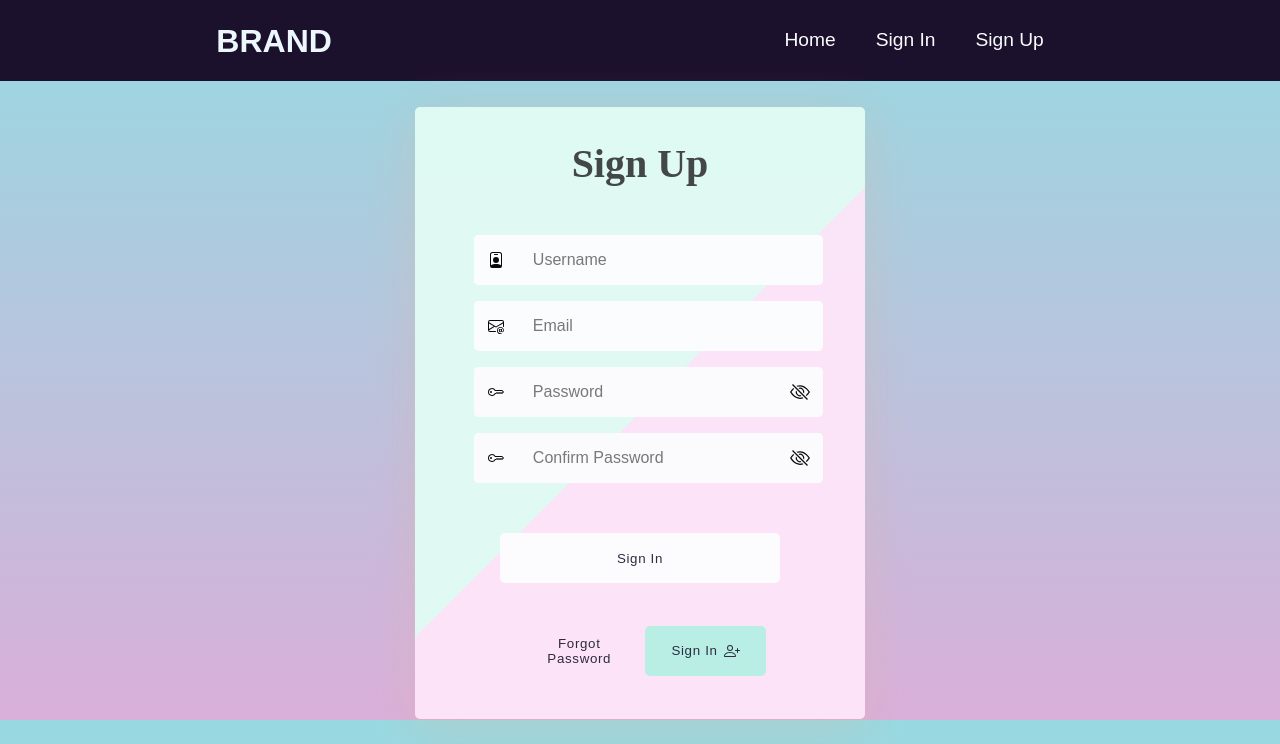
Repository: code-mtaani/ojwang-frontend
Page: /signup
An editor plug-in stored every save of this project. The page is shown before and after the next save, followed by the edit.
The browser window is 1280 px wide. The pictures show the whole page.
Backgrounds fixed to the window are drawn as part of the page. The project was rebuilt for these pictures with package versions that can differ from the ones it lists, and the page was loaded fresh each time. Also part of the build but not shown: vite.config.ts, src/Pages/HomePage/Home.pages.tsx, src/Pages/SignIn/SignIn.pages.tsx.

Above is the page before, as saved 2023-02-01 14:17:03.

### src/App.tsx
import { BrowserRouter as Router, Routes, Route } from "react-router-dom";

import Navigation from "./Components/Nav";
import Home from './Pages/HomePage'
import SignIn from "./Pages/SignIn";
import SignUp from "./Pages/SignUp"

function App() {
  return (
    <Router>
      <div className="App">
        <Navigation />
        <Routes>
          <Route path="/" element={<Home />} />
          <Route path="/signin" element={<SignIn/>} />
          <Route path="/signup" element={<SignUp/>} />
        </Routes>
      </div>
    </Router>
  );
}

export default App;

### src/index.css
* {
  padding: 0;
  margin: 0;
  box-sizing: border-box;
}
/* End Global rules */

/* Start body rules */
body {
  background-image: linear-gradient(-225deg, #e3fdf5 0%, #ffe6fa 100%);
  background-image: linear-gradient(to top, #a8edea 0%, #fed6e3 100%);
  background-attachment: fixed;
  background-repeat: no-repeat;

  font-family: "Vibur", cursive;
  /*   the main font */
  font-family: "Abel", sans-serif;
  opacity: 0.95;
  background-image: linear-gradient(to top, #d9afd9 0%, #97d9e1 100%);
}
@media screen and (min-width: 440px) {
  .app{
    border:2px solid green;
  }
}
/* end body rules */

### src/Components/Nav/index.js
export {default} from './Navigation.component'

### src/Pages/HomePage/index.ts
export { default } from "./Home.pages";

### src/Pages/SignIn/index.ts
export { default } from './SignIn.pages'

### src/Pages/SignUp/index.ts
export {default} from './SignUp.pages'

### src/Components/Nav/Navigation.component.tsx
import React from "react";
import {Link} from "react-router-dom"
import './nav.css'

const Navigation = () => {
  return (
    <nav className="navbar">
      <div className="left">
        <h1><Link to="/"> BRAND </Link></h1>
      </div>

      <div className="right">
        <input type="checkbox" id="check" />
        <label htmlFor="check" className="checkBtn">
          <svg
            xmlns="http://www.w3.org/2000/svg"
            width="30"
            height="30"
            fill="currentColor"
            className="bi bi-justify"
            viewBox="0 0 16 16"
          >
            <path
              fillRule="evenodd"
              d="M2 12.5a.5.5 0 0 1 .5-.5h11a.5.5 0 0 1 0 1h-11a.5.5 0 0 1-.5-.5zm0-3a.5.5 0 0 1 .5-.5h11a.5.5 0 0 1 0 1h-11a.5.5 0 0 1-.5-.5zm0-3a.5.5 0 0 1 .5-.5h11a.5.5 0 0 1 0 1h-11a.5.5 0 0 1-.5-.5zm0-3a.5.5 0 0 1 .5-.5h11a.5.5 0 0 1 0 1h-11a.5.5 0 0 1-.5-.5z"
            />
          </svg>
        </label>

        <ul className="list">
          <li> <Link to="/">Home</Link></li>
          <li> <Link to="/signin">Sign In</Link></li>
          <li> <Link to="signup">Sign Up</Link></li>
        </ul>
      </div>
    </nav>
  );
};

export default Navigation;

### src/Pages/SignUp/SignUp.pages.tsx
import React from "react";
import "./Signup.css";

const SignUp = () => {
  return (
    <div className="overlay">
      <form>
        {/* con = Container  for items in the form */}
        <div className="con">
          {/* <!--     Start  header Content  --> */}
          <header className="head-form">
            <h2>Sign Up</h2>
          </header>
          {/* End  header Content */}
          <br />
          <div className="field-set">
            {/* inputs */}
            <div className="test">
              <div className="key">
                <svg
                  xmlns="http://www.w3.org/2000/svg"
                  width="16"
                  height="16"
                  fill="currentColor"
                  className="bi bi-person-badge"
                  viewBox="0 0 16 16"
                >
                  <path d="M6.5 2a.5.5 0 0 0 0 1h3a.5.5 0 0 0 0-1h-3zM11 8a3 3 0 1 1-6 0 3 3 0 0 1 6 0z" />
                  <path d="M4.5 0A2.5 2.5 0 0 0 2 2.5V14a2 2 0 0 0 2 2h8a2 2 0 0 0 2-2V2.5A2.5 2.5 0 0 0 11.5 0h-7zM3 2.5A1.5 1.5 0 0 1 4.5 1h7A1.5 1.5 0 0 1 13 2.5v10.795a4.2 4.2 0 0 0-.776-.492C11.392 12.387 10.063 12 8 12s-3.392.387-4.224.803a4.2 4.2 0 0 0-.776.492V2.5z" />
                </svg>
              </div>
              <input type="text" name="username" id="" placeholder="Username" />
              <div className="show"></div>
            </div>
            <div className="test">
              <div className="key">
                <svg
                  xmlns="http://www.w3.org/2000/svg"
                  width="16"
                  height="16"
                  fill="currentColor"
                  className="bi bi-envelope-at"
                  viewBox="0 0 16 16"
                >
                  <path d="M2 2a2 2 0 0 0-2 2v8.01A2 2 0 0 0 2 14h5.5a.5.5 0 0 0 0-1H2a1 1 0 0 1-.966-.741l5.64-3.471L8 9.583l7-4.2V8.5a.5.5 0 0 0 1 0V4a2 2 0 0 0-2-2H2Zm3.708 6.208L1 11.105V5.383l4.708 2.825ZM1 4.217V4a1 1 0 0 1 1-1h12a1 1 0 0 1 1 1v.217l-7 4.2-7-4.2Z" />
                  <path d="M14.247 14.269c1.01 0 1.587-.857 1.587-2.025v-.21C15.834 10.43 14.64 9 12.52 9h-.035C10.42 9 9 10.36 9 12.432v.214C9 14.82 10.438 16 12.358 16h.044c.594 0 1.018-.074 1.237-.175v-.73c-.245.11-.673.18-1.18.18h-.044c-1.334 0-2.571-.788-2.571-2.655v-.157c0-1.657 1.058-2.724 2.64-2.724h.04c1.535 0 2.484 1.05 2.484 2.326v.118c0 .975-.324 1.39-.639 1.39-.232 0-.41-.148-.41-.42v-2.19h-.906v.569h-.03c-.084-.298-.368-.63-.954-.63-.778 0-1.259.555-1.259 1.4v.528c0 .892.49 1.434 1.26 1.434.471 0 .896-.227 1.014-.643h.043c.118.42.617.648 1.12.648Zm-2.453-1.588v-.227c0-.546.227-.791.573-.791.297 0 .572.192.572.708v.367c0 .573-.253.744-.564.744-.354 0-.581-.215-.581-.8Z" />
                </svg>
              </div>
              <input type="email" name="email" placeholder="Email" />
              <div className="show"></div>
            </div>
            <div className="test">
              <div className="key">
                <svg
                  xmlns="http://www.w3.org/2000/svg"
                  width="16"
                  height="16"
                  fill="currentColor"
                  className="bi bi-key"
                  viewBox="0 0 16 16"
                >
                  <path d="M0 8a4 4 0 0 1 7.465-2H14a.5.5 0 0 1 .354.146l1.5 1.5a.5.5 0 0 1 0 .708l-1.5 1.5a.5.5 0 0 1-.708 0L13 9.207l-.646.647a.5.5 0 0 1-.708 0L11 9.207l-.646.647a.5.5 0 0 1-.708 0L9 9.207l-.646.647A.5.5 0 0 1 8 10h-.535A4 4 0 0 1 0 8zm4-3a3 3 0 1 0 2.712 4.285A.5.5 0 0 1 7.163 9h.63l.853-.854a.5.5 0 0 1 .708 0l.646.647.646-.647a.5.5 0 0 1 .708 0l.646.647.646-.647a.5.5 0 0 1 .708 0l.646.647.793-.793-1-1h-6.63a.5.5 0 0 1-.451-.285A3 3 0 0 0 4 5z" />
                  <path d="M4 8a1 1 0 1 1-2 0 1 1 0 0 1 2 0z" />
                </svg>
              </div>
              <input type="password" name="pasword" placeholder="Password" />
              <div className="show">
                <svg
                  xmlns="http://www.w3.org/2000/svg"
                  width="20"
                  height="20"
                  fill="currentColor"
                  className="bi bi-eye-slash"
                  viewBox="0 0 16 16"
                >
                  <path d="M13.359 11.238C15.06 9.72 16 8 16 8s-3-5.5-8-5.5a7.028 7.028 0 0 0-2.79.588l.77.771A5.944 5.944 0 0 1 8 3.5c2.12 0 3.879 1.168 5.168 2.457A13.134 13.134 0 0 1 14.828 8c-.058.087-.122.183-.195.288-.335.48-.83 1.12-1.465 1.755-.165.165-.337.328-.517.486l.708.709z" />
                  <path d="M11.297 9.176a3.5 3.5 0 0 0-4.474-4.474l.823.823a2.5 2.5 0 0 1 2.829 2.829l.822.822zm-2.943 1.299.822.822a3.5 3.5 0 0 1-4.474-4.474l.823.823a2.5 2.5 0 0 0 2.829 2.829z" />
                  <path d="M3.35 5.47c-.18.16-.353.322-.518.487A13.134 13.134 0 0 0 1.172 8l.195.288c.335.48.83 1.12 1.465 1.755C4.121 11.332 5.881 12.5 8 12.5c.716 0 1.39-.133 2.02-.36l.77.772A7.029 7.029 0 0 1 8 13.5C3 13.5 0 8 0 8s.939-1.721 2.641-3.238l.708.709zm10.296 8.884-12-12 .708-.708 12 12-.708.708z" />
                </svg>
              </div>
            </div>
            <div className="test">
              <div className="key">
                <svg
                  xmlns="http://www.w3.org/2000/svg"
                  width="16"
                  height="16"
                  fill="currentColor"
                  className="bi bi-key"
                  viewBox="0 0 16 16"
                >
                  <path d="M0 8a4 4 0 0 1 7.465-2H14a.5.5 0 0 1 .354.146l1.5 1.5a.5.5 0 0 1 0 .708l-1.5 1.5a.5.5 0 0 1-.708 0L13 9.207l-.646.647a.5.5 0 0 1-.708 0L11 9.207l-.646.647a.5.5 0 0 1-.708 0L9 9.207l-.646.647A.5.5 0 0 1 8 10h-.535A4 4 0 0 1 0 8zm4-3a3 3 0 1 0 2.712 4.285A.5.5 0 0 1 7.163 9h.63l.853-.854a.5.5 0 0 1 .708 0l.646.647.646-.647a.5.5 0 0 1 .708 0l.646.647.646-.647a.5.5 0 0 1 .708 0l.646.647.793-.793-1-1h-6.63a.5.5 0 0 1-.451-.285A3 3 0 0 0 4 5z" />
                  <path d="M4 8a1 1 0 1 1-2 0 1 1 0 0 1 2 0z" />
                </svg>
              </div>
              <input
                type="password"
                name="confirmPassword"
                placeholder="Confirm Password"
              />
              <div className="show">
                <svg
                  xmlns="http://www.w3.org/2000/svg"
                  width="20"
                  height="20"
                  fill="currentColor"
                  className="bi bi-eye-slash"
                  viewBox="0 0 16 16"
                >
                  <path d="M13.359 11.238C15.06 9.72 16 8 16 8s-3-5.5-8-5.5a7.028 7.028 0 0 0-2.79.588l.77.771A5.944 5.944 0 0 1 8 3.5c2.12 0 3.879 1.168 5.168 2.457A13.134 13.134 0 0 1 14.828 8c-.058.087-.122.183-.195.288-.335.48-.83 1.12-1.465 1.755-.165.165-.337.328-.517.486l.708.709z" />
                  <path d="M11.297 9.176a3.5 3.5 0 0 0-4.474-4.474l.823.823a2.5 2.5 0 0 1 2.829 2.829l.822.822zm-2.943 1.299.822.822a3.5 3.5 0 0 1-4.474-4.474l.823.823a2.5 2.5 0 0 0 2.829 2.829z" />
                  <path d="M3.35 5.47c-.18.16-.353.322-.518.487A13.134 13.134 0 0 0 1.172 8l.195.288c.335.48.83 1.12 1.465 1.755C4.121 11.332 5.881 12.5 8 12.5c.716 0 1.39-.133 2.02-.36l.77.772A7.029 7.029 0 0 1 8 13.5C3 13.5 0 8 0 8s.939-1.721 2.641-3.238l.708.709zm10.296 8.884-12-12 .708-.708 12 12-.708.708z" />
                </svg>
              </div>
            </div>
            <br />
            {/*  buttons */}
            {/*button LogIn */}
            <button className="log-in"> Sign In </button>
          </div>

          {/* other buttons */}
          <div className="other">
            {/* Forgot Password button */}
            <button className="btn submits frgt-pass">Forgot Password</button>
            {/* Sign Up button */}
            <button className="btn submits sign-up">
              Sign In
              {/* Sign Up font icon */}
              <svg
                xmlns="http://www.w3.org/2000/svg"
                width="16"
                height="16"
                fill="currentColor"
                className="bi bi-person-plus"
                viewBox="0 0 16 16"
              >
                <path d="M6 8a3 3 0 1 0 0-6 3 3 0 0 0 0 6zm2-3a2 2 0 1 1-4 0 2 2 0 0 1 4 0zm4 8c0 1-1 1-1 1H1s-1 0-1-1 1-4 6-4 6 3 6 4zm-1-.004c-.001-.246-.154-.986-.832-1.664C9.516 10.68 8.289 10 6 10c-2.29 0-3.516.68-4.168 1.332-.678.678-.83 1.418-.832 1.664h10z" />
                <path
                  fillRule="evenodd"
                  d="M13.5 5a.5.5 0 0 1 .5.5V7h1.5a.5.5 0 0 1 0 1H14v1.5a.5.5 0 0 1-1 0V8h-1.5a.5.5 0 0 1 0-1H13V5.5a.5.5 0 0 1 .5-.5z"
                />
              </svg>
            </button>
            {/* End  the other Division */}
          </div>

          {/* End Container */}
        </div>

        {/* End Form */}
      </form>
    </div>
  );
};

export default SignUp;

### src/Components/Nav/nav.css
.navbar{
    background-color: rgb(22,7,36);
    display: flex;
    justify-content: space-around;
    align-items: center;
    line-height: 5rem;
}

.left h1{
    font-size: 2rem;
    cursor: pointer;
}
.left h1 a{
    text-decoration: none;
    color: aliceblue;
}

.checkBtn{
    display: none;
}
#check{
    display: none;
}
.checkBtn{
    cursor: pointer;
    font-size: 30px;
    float: right;
    color: #ed1e79;
    line-height: 88px;
}

.right ul{
    display: flex;
    list-style: none;
}
.right ul li a {
    padding: 10px 20px;
    font-size: 1.2rem;
    color: white;
    cursor: pointer;
    text-decoration: none;
    transition: all 1s;
}

.right ul li a:hover{
    background-color: #fff;
    border-radius: 7px;
    color: rgb(22, 7, 36);
    margin-left: 4px ;
    margin-right: 4px ;
}

/* ================================== Media Queries=================================================== */

@media screen and (max-width:805px){
    .list{
        width: 100%;
        height: 100vh;
        background-color: rgb(22, 7, 36);
        text-align: center;
        display: flex;
        flex-direction: column;
        position: fixed;
        top: 5rem;
        left: 100%;
        transition: all 1s;
    }

    #check{
        display: none;
    }
    .checkBtn{
        display: block;
    }
    #check:checked~ul{
        left: 0%
    }
}
@media screen and (max-width:450px) {
    .navbar{
        width: 100vw;
    }

}

### src/Pages/SignUp/Signup.css
/* Start form  attributes */
form {
  width: 450px;
  min-height: 500px;
  height: auto;
  border-radius: 5px;
  margin: 2% auto;
  box-shadow: 0 9px 50px hsla(20, 67%, 75%, 0.31);
  padding: 2%;
  background-image: linear-gradient(-225deg, #e3fdf5 50%, #ffe6fa 50%);
}
@media screen and (max-width: 450px) {
  form {
    width: 90vw;
    margin: 20 auto;
  }
}
/* form Container */
form .con {
  display: -webkit-flex;
  display: flex;

  -webkit-justify-content: space-around;
  justify-content: space-around;

  -webkit-flex-wrap: wrap;
  flex-wrap: wrap;
  margin: 0 auto;
}

/* the header form  */
header {
  margin: 2% auto 10% auto;
  text-align: center;
}
/* Login title form  */
header h2 {
  font-size: 250%;
  font-family: "Playfair Display", serif;
  color: #3e403f;
}
/*  A welcome message or an explanation of the login form */
header p {
  letter-spacing: 0.05em;
}
header img {
  width: 10rem;
  height: 8rem;
}


/* focus  */
input:focus {
  transform: translateX(-3px);
  border-radius: 5px;
}

.test {
  display: flex;
  justify-content: space-between;
  align-items: center;
  background-color: white;
  height: 50px;
  margin: 0.5rem;
  border-radius: 0.3rem;
  width: 100%;
}
.test .key {
  background-color: white;
  display: flex;
  align-items: center;
  justify-content: center;
  width: 3rem;
  height: 100%;
  border-radius: 5px 0px 0px 5px;
}
.test .key svg {
  margin: 5px;
}
.test input {
  height: 100%;
  width: 80%;
  font-size: 16px;
  padding: 15px;
  font-family: "Abel", sans-serif;
  font-size: 16px;
  color: #5e6472;
  transition: 0.4s linear;
   outline: none;
  border: none;
}
.test .show {
  background-color: white;
  height: 100%;
  display: flex;
  align-items: center;
  justify-content: center;
  width: 3rem;
  border-radius: 0px 5px 5px 0px;
}
.field-set {
    display: flex;
    flex-direction: column;
}
/* input[type="text"] {min-width: 250px;} */
/* buttons  */

button {
  display: inline-block;
  color: #252537;

  width: 280px;
  height: 50px;

  padding: 0 20px;
  background: #fff;
  border-radius: 5px;

  outline: none;
  border: none;

  cursor: pointer;
  text-align: center;
  transition: all 0.2s linear;

  margin: 7% auto;
  letter-spacing: 0.05em;
}

/* Submits */
.submits {
  width: 48%;
  display: inline-block;
  float: left;
  margin-left: 2%;
}

/*       Forgot Password button FAF3DD  */
.frgt-pass {
  background: transparent;
}
/*     Sign Up button  */
.sign-up {
  background: #b8f2e6;
  display: flex;
  align-items: center;
  justify-content: space-evenly;
  font-weight: 500;
}
/* .sign-up:hover{
  box-shadow: 4px 5px 23px -6px rgba(0,0,0,0.77);
-webkit-box-shadow: 4px 5px 23px -6px rgba(0,0,0,0.77);
-moz-box-shadow: 4px 5px 23px -6px rgba(0,0,0,0.77);
} */

/* buttons hover */
button:hover {
  transform: translatey(3px);
  box-shadow: none;
}

/* buttons hover Animation */
button:hover {
  animation: ani9 0.4s ease-in-out infinite alternate;
}

@keyframes ani9 {
  0% {
    transform: translateY(3px);
  }
  100% {
    transform: translateY(5px);
  }
}
/* ================================== */

Loaded but not shown: index.html (common file); src/main.tsx (common file)

After the next save:
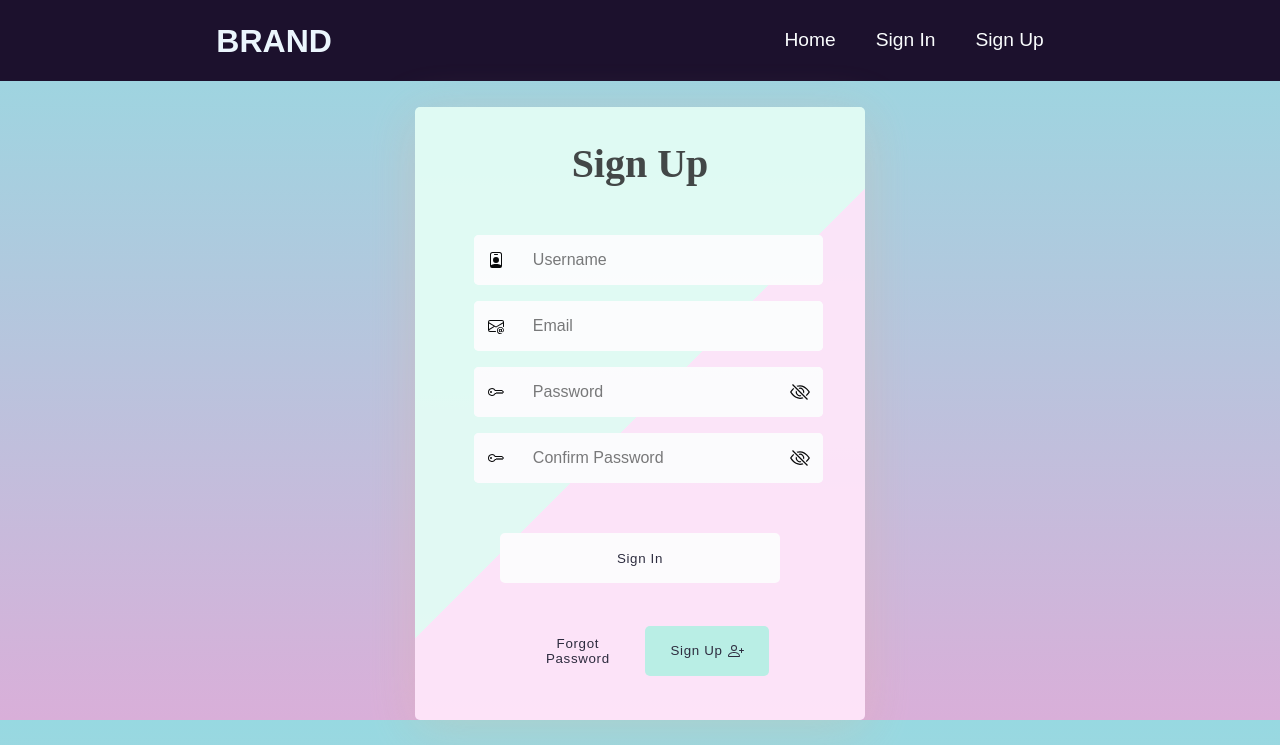
Saved 13 s later.
--- a/src/Pages/SignUp/SignUp.pages.tsx
+++ b/src/Pages/SignUp/SignUp.pages.tsx
@@ -125,7 +125,7 @@
             <button className="btn submits frgt-pass">Forgot Password</button>
             {/* Sign Up button */}
             <button className="btn submits sign-up">
-              Sign In
+              Sign Up
               {/* Sign Up font icon */}
               <svg
                 xmlns="http://www.w3.org/2000/svg"

After the save that followed:
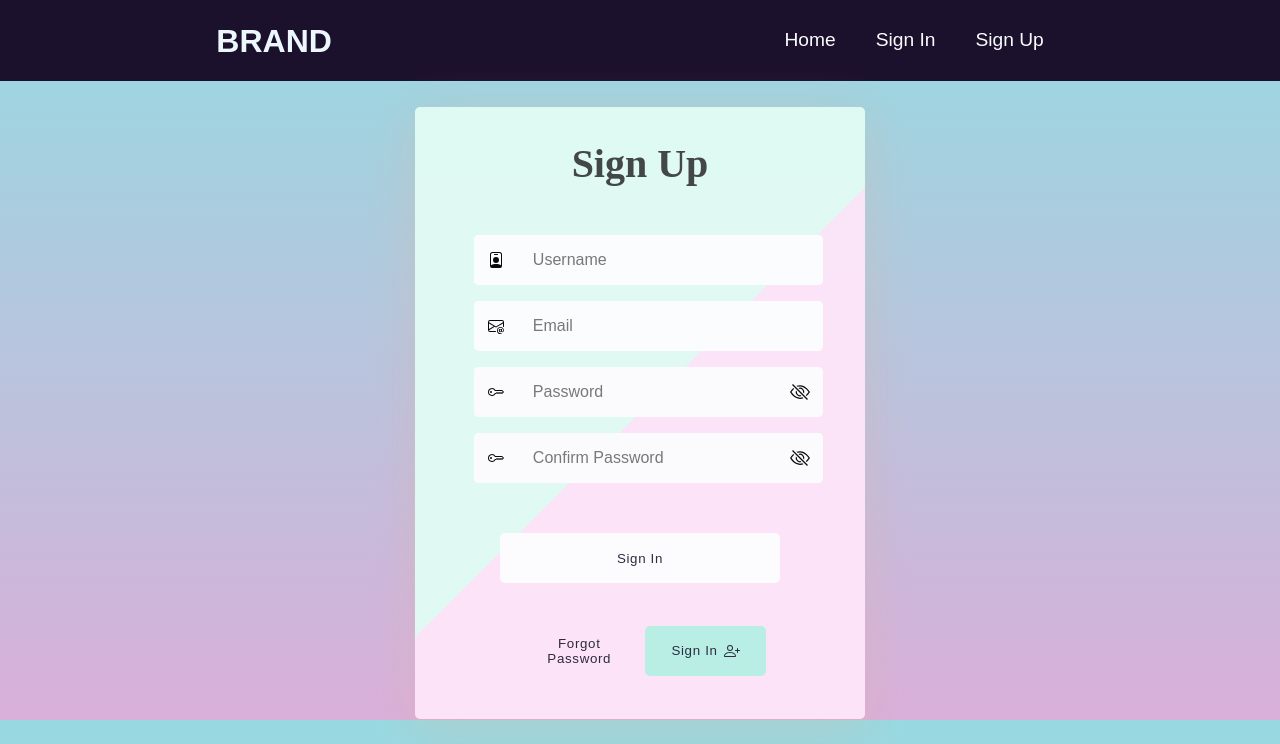
Saved 13 s later.
--- a/src/Pages/SignUp/SignUp.pages.tsx
+++ b/src/Pages/SignUp/SignUp.pages.tsx
@@ -125,7 +125,7 @@
             <button className="btn submits frgt-pass">Forgot Password</button>
             {/* Sign Up button */}
             <button className="btn submits sign-up">
-              Sign Up
+              Sign In
               {/* Sign Up font icon */}
               <svg
                 xmlns="http://www.w3.org/2000/svg"
